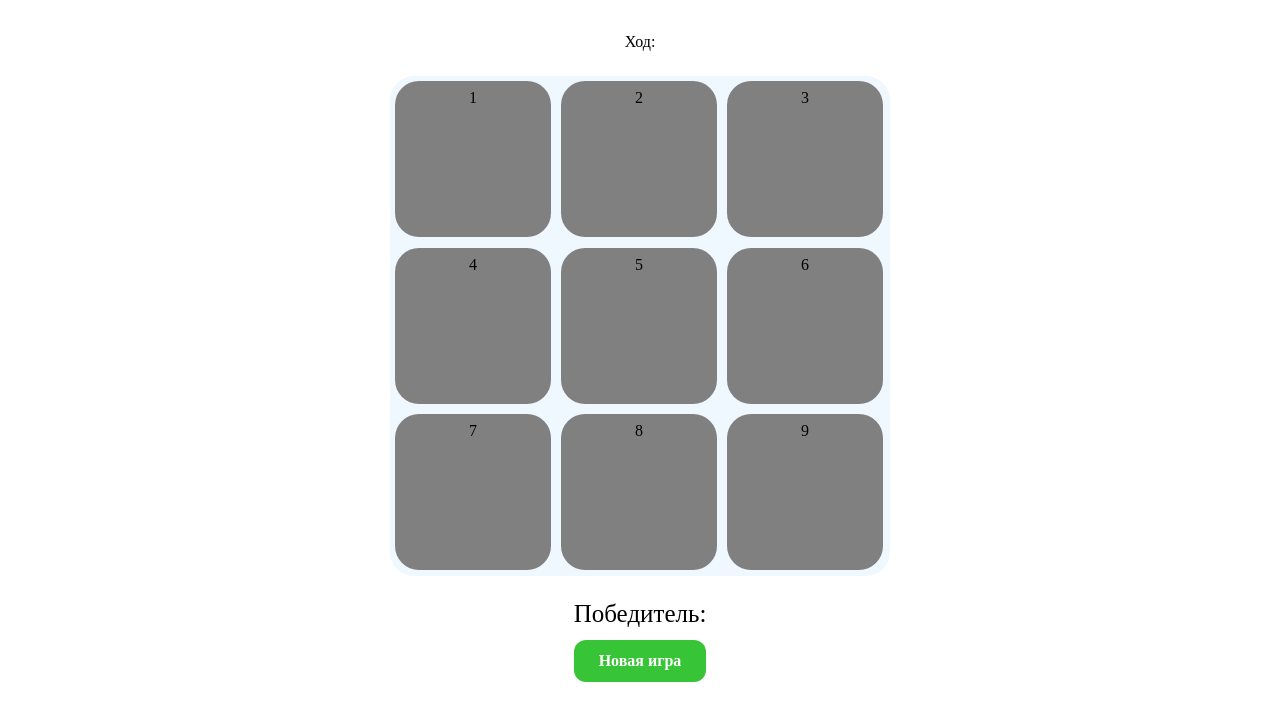
Repository: Pavel1776/krestik
Page: index.html
The author's editor kept a copy of each file at every save. The page is drawn from the files as they stood at one save, then again after the next save.
The browser window is 1280 px wide. The pictures show the whole page.
The pointer rests on the first visible `.btnNewGame`.

Above is the page before, as saved 2025-09-15 16:34:05.

After the next save:
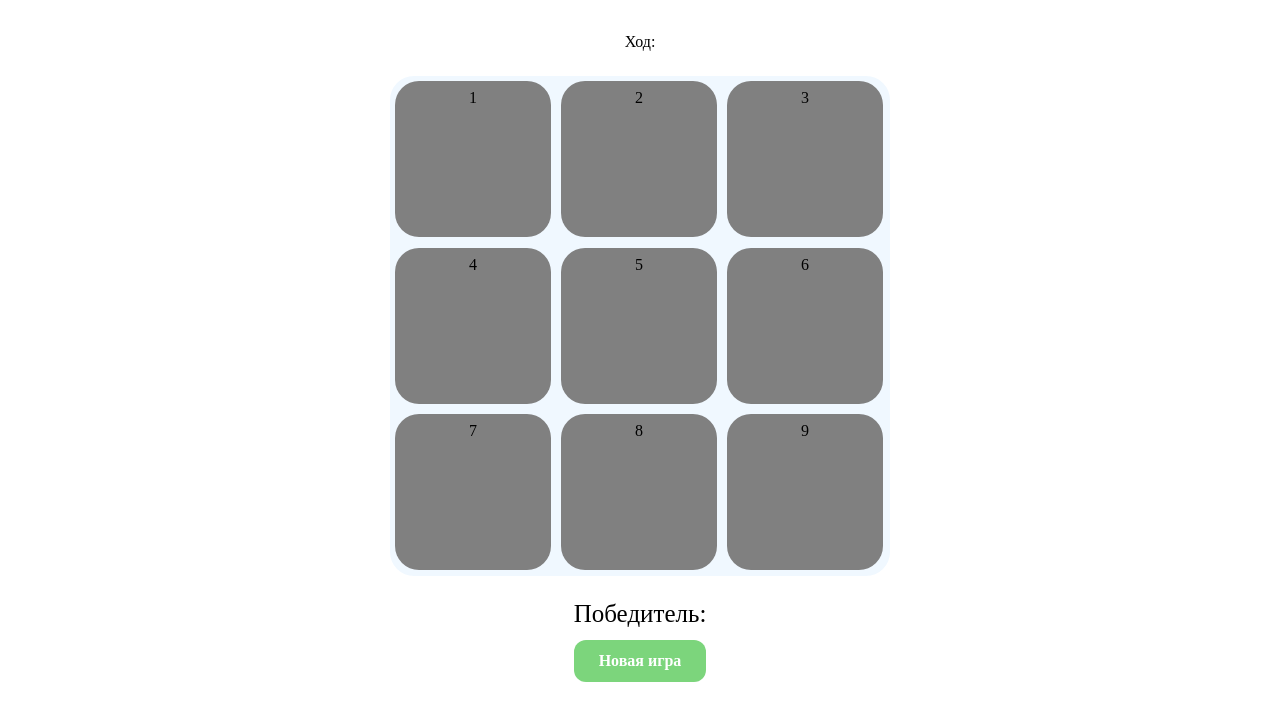
Saved 2 min 14 s later.
--- a/style.css
+++ b/style.css
@@ -81,3 +81,6 @@
   cursor: pointer;
   text-align: center;
 }
+.btnNewGame:hover{
+  background: rgb(124, 213, 124);
+}
